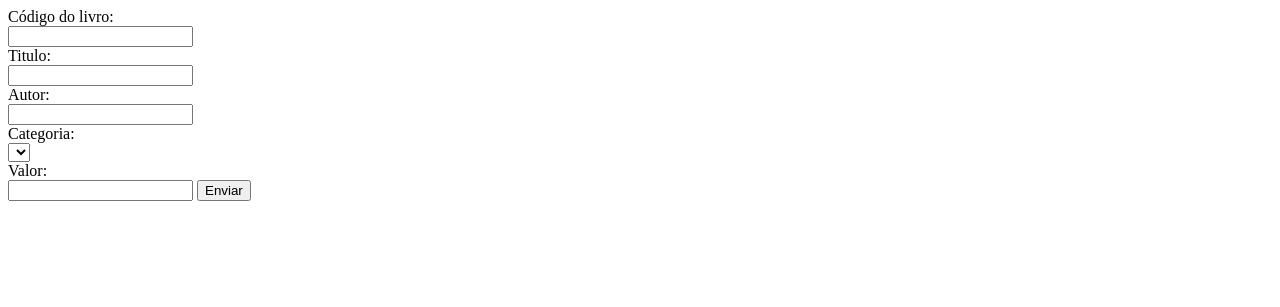
Repository: Matheus-Galdino/Livraria
Page: http://localhost/livraria/cadastrarLivro.jsp
The author's editor kept a copy of each file at every save. The page is drawn from the files as they stood at one save, then again after the next save.
The browser window is 1280 px wide. The pictures show the whole page.
The page is served by Tomcat 9. Nobody is signed in. The application's start-up code is not run. Other server files are loaded and not shown.

Above is the page before, as saved 2022-11-06 23:10:33.

### livraria/src/main/webapp/cadastrarLivro.jsp
<%@ page language="java" contentType="text/html; charset=ISO-8859-1"
	pageEncoding="ISO-8859-1"%>
<%@ taglib uri="http://java.sun.com/jsp/jstl/core" prefix="c"%>
<c:set value="${requestScope.categorias}" var="categorias" />
<!DOCTYPE html>
<html>
<head>
<meta charset="ISO-8859-1">
<title>Cadastrar livro</title>

<style type="text/css">
label {
display: block;
}
</style>

</head>
<body>
	<form action="CadastrarLivro" method="post">
		<label>Código do livro: </label>
		<input type="number" name="cod">

		<br>

		<label>Titulo: </label>
		<input name="titulo">

		<br>

		<label>Autor:</label>
		<input name="autor">

		<br>

		<label>Categoria: </label>
		<select name="categoria">
			<c:forEach items="${ categorias }" var="categoria">
				<option>categoria.categoria</option>
			</c:forEach>
		</select>

		<br>

		<label>Valor: </label>
		<input type="number" name="valor">

		<button>Enviar</button>
	</form>
</body>
</html>

After the next save:
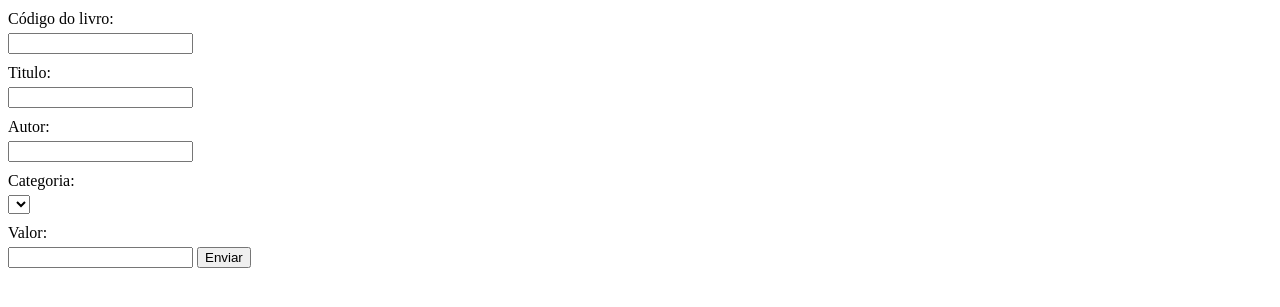
Saved 17 s later.
--- a/livraria/src/main/webapp/cadastrarLivro.jsp
+++ b/livraria/src/main/webapp/cadastrarLivro.jsp
@@ -11,6 +11,8 @@
 <style type="text/css">
 label {
 display: block;
+margin-top: 10px;
+margin-bottom: 5px;
 }
 </style>
 
